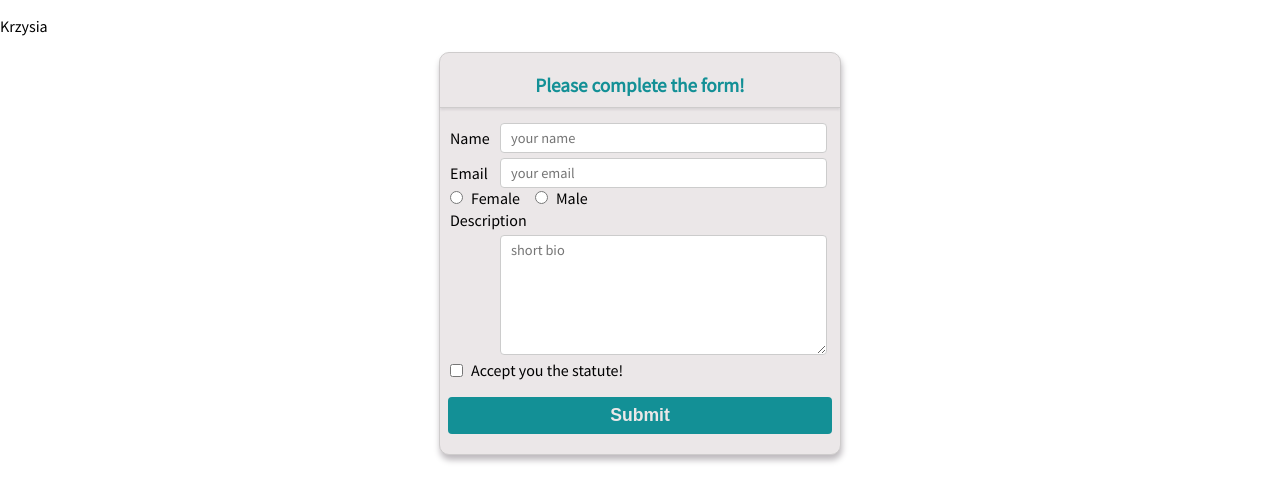
Repository: KrzysKolo/sr_tydzien4_zad2
Page: /
These files come from the project's save history. The page is drawn as it stood at one moment and after the next save; the edit follows.
The browser window is 1280 px wide. The pictures show the whole page.
The project was rebuilt for these pictures with package versions that can differ from the ones it lists, and the page was loaded fresh each time. Also part of the build but not shown: src/components/formComponents/ErrorMessage.js, src/components/formComponents/Message.js.

Above is the page before, as saved 2020-11-27 23:40:16.

### src/index.css
@import url("https://fonts.googleapis.com/css?family=Source+Sans+Pro");
body {
  margin: 0;
  font-family: "Source Sans Pro", sans-serif;
}

code {
  font-family: source-code-pro, Menlo, Monaco, Consolas, "Courier New",
    monospace;
}

### src/App.js
import React from 'react'
import Form from './components/Form';

function App() {
  return (
    <div>
      <p>Krzysia</p>
      <Form />
    </div>
  )
}

export default App

### src/components/Form.js
import React, { Component } from 'react';
import Input from './formComponents/Input';
import TextArea from './formComponents/TextArea';
import Checkbox from './formComponents/Checkbox';
import Radio from './formComponents/Radio';
import Button from './formComponents/Button';
import Header from './formComponents/Header';
import Message from './formComponents/Message';
import radioOptions from './data/RadioOptions';
import styled from 'styled-components';

const ContainerForm = styled.form`
width: 80%;
max-width: 400px;
background: rgb(235, 231, 232);
border: 1px solid rgb(206, 204, 204);
border-radius: 10px;
box-shadow: 1px 5px 6px rgb(189, 185, 189);
margin: 0 auto;
`;

class Form extends Component {

state = {
    Name: '',
    Email: '',
    Description: '',
    accept: false,
    gender: '',
    message: '',
    errors: {
        Name: false,
        Email: false,
        Description: false,
        accept: false,
        gender: false,
        }
}
message = {
    Name_incorrect: "Nazwa musi być dłuższa niż 5 znaków i nie może zawierać spacji",
    Email_incorrect: "Brak @ lub adres zawiera spacje",
    Description_incorrect: "Opis musi zawierać co min 3 znaki i max 150 znaków",
    accept_incorrect: "Nie potwierdziłeś regulaminu",
    gender_incorrect: "Określ płeć",
}

handleChange = e =>{
    const inputName = e.target.name;
    const value = e.target.value;
    this.setState(prev => ({...prev, [inputName]: value}))
}
onSubmit = e => {
    e.preventDefault();
    const validation = this.formValidation();
    if(validation.correct) {
      this.setState({
        Name: "",
        Email: "",
        Description: '',
        accept: false,
        gender: '',
        message: "The form has been submitted!",
        errors: {
          Name: false,
          Email: false,
          Description: false,
          accept: false,
          gender: false,
        }
      })
    } else {
      this.setState({
        errors: {
          Name: !validation.Name,
          Email: !validation.Email,
          Description: !validation.Description,
          accept: !validation.accept,
          gender: !validation.gender,
        }
      })
    }
}

formValidation = () => {
    let Name = false;
    let Email = false;
    let Description = false;
    let accept = false;
    let gender = false;
    let correct = false;
    if(this.state.Name.length > 5) {
      Name = true;
    }
    if(this.state.Email.indexOf('@') !== -1 && this.state.Email.lastIndexOf(' ') === -1) {
      Email = true;
    }
    if(this.state.Description.length >= 3 && this.state.Description.length <= 150) {
      Description = true;
    }
    if(this.state.accept) {
      accept = true;
    }
    if(this.state.gender) {
      gender = true;
    }
    if (Name && Email && Description && accept && gender){
        correct = true;
      }
   return ({
      Name,
      Email,
      Description,
      accept,
      gender,
      correct,

    })

  }

    render () {

    return (
        <ContainerForm onSubmit={this.onSubmit} noValidate>
          <Header />
          <Input type="text" placeholder="your name" value={this.state.Name} name="Name" onChange={this.handleChange} errorInfo={this.state.errors.Name} message={this.message.Name_incorrect} />
          <Input type="email" placeholder="your email" value={this.state.Email} name="Email" onChange={this.handleChange} errorInfo={this.state.errors.Email} message={this.message.Email_incorrect} />
          <Radio type="radio" name="gender" checked={this.state.gender}  options={radioOptions} onChange={this.handleChange} errorInfo={this.state.errors.gender} message={this.message.gender_incorrect}/>
          <TextArea  rows="6" placeholder="short bio" value={this.state.Description} name="Description" onChange={this.handleChange} errorInfo={this.state.errors.Description} message={this.message.Description_incorrect} />
          <Checkbox  type="checkbox" name="accept" checked={this.state.accept}  onChange={this.handleChange} errorInfo={this.state.errors.accept} message={this.message.accept_incorrect} />
          <Button type="submit" />
          {this.state.message && <Message message={this.state.message} /> }
        </ContainerForm>
    )
    }
}

export default Form

### src/components/formComponents/Input.js
import React from 'react'
import styled from 'styled-components';
import ErrorMessage from './ErrorMessage';
const InputDiv = styled.div`
    display: flex;
    flex-direction: row;
    align-content: center;
    margin: 0 auto;
    padding-top: 5px;
`;
const InputLabel = styled.label`
    width: 10%;
    font-size: 1rem;
    padding: 5px 10px;
`;
const inputStyles = errorInfo => `
    width: 80%;
    max-width: 305px;
    padding: 5px 10px;
    border: 1px solid ${errorInfo ? '#d3170d' : '#ccc'};
    border-radius: 4px;
    font-family: inherit;
    font-size: 0.9rem;
`;
const InputError = styled.input`
    ${props => inputStyles(props.errorInfo)}
`;

const TextArea = (props) => {
    const { name, message, errorInfo }= props;
    return (
        <>
            <InputDiv>
                <InputLabel htmlFor={name} >{name} </InputLabel>
                <InputError id={name} {...props} errorInfo={errorInfo} message={message}/>
            </InputDiv>
            {errorInfo && <ErrorMessage message={message} /> }
        </>
    )

}

export default TextArea;

### src/components/formComponents/TextArea.js
import React from 'react'
import styled from 'styled-components';
import ErrorMessage from './ErrorMessage';

const TextAreaDiv = styled.div`
    display: flex;
    flex-direction: column;
    align-content: center;
    margin: 0 auto;
    padding-top: 5px;

`;
const TextAreaLabel = styled.label`
    width: 10%;
    font-size: 1rem;
    padding: 5px 10px;
`;
const textAreaStyles = errorInfo => `
    width: 80%;
    max-width: 305px;
    margin: 0 auto 0 15%;
    padding: 5px 10px;
    border: 1px solid ${errorInfo ? '#d3170d' : '#ccc'};
    border-radius: 4px;
    font-family: inherit;
    font-size: 0.9rem;

`;
const TextAreaError = styled.textarea`
    ${props => textAreaStyles(props.errorInfo)}
`;

const Input = (props) => {
    const { name, message, errorInfo }= props;
    return (
        <>
            <TextAreaDiv>
                <TextAreaLabel htmlFor={name}>{name} </TextAreaLabel>
                <TextAreaError id={name} {...props} errorInfo={errorInfo} message={message}/>
            </TextAreaDiv>
            {errorInfo && <ErrorMessage message={message} /> }
        </>
    )

}

export default Input;

### src/components/formComponents/Checkbox.js
import React from 'react'
import styled from 'styled-components';
import ErrorMessage from './ErrorMessage';

const CheckboxDiv = styled.div`
    display: flex;
    flex-direction: row;
    align-items: center;
    margin-bottom: -8px;

`;
const CheckboxLabel = styled.label`
    font-size: 1rem;
    padding: 5px;
`;

const CheckboxError = styled.input`
    margin-left: 10px;
`;

const Checkbox = (props) => {
    const { name, message, errorInfo }= props;
    return (
        <>
            <CheckboxDiv>
                <CheckboxError id={name} {...props} errorInfo={errorInfo} message={message}/>
                <CheckboxLabel htmlFor={name}> Accept you the statute! </CheckboxLabel>
            </CheckboxDiv>
            {errorInfo && <ErrorMessage message={message} /> }
        </>
    )

}

export default Checkbox;

### src/components/formComponents/Radio.js
import React from 'react'
import styled from 'styled-components';
import ErrorMessage from './ErrorMessage';

const RadioDiv = styled.div`
    display: flex;
    flex-direction: row;
    align-items: center;
    margin-bottom: -8px;

`;
const RadioLabel = styled.label`
    font-size: 1rem;
    padding: 5px;
`;

const RadioError = styled.input`
    margin-left: 10px;
`;

const Checkbox = (props) => {
    const { name,  message, errorInfo, options }= props;
    return (
        <>
            <RadioDiv>
              {options.map(option =>  (<div key={option.id}>
                    <RadioError id={option.value} name={name} {...props} errorInfo={errorInfo} message={message} />
                    <RadioLabel htmlFor={option.value}>{option.label}</RadioLabel>
                </div>))}
             </RadioDiv>
            {errorInfo && <ErrorMessage message={message} /> }
        </>

    )

}

export default Checkbox;

### src/components/formComponents/Button.js
import React from 'react'
import styled from 'styled-components';

const BtnSubmit = styled.button`
    background: rgb(19, 144, 150);
    border: none;
    border-radius: 4px;
    color: rgb(235, 231, 232);
    cursor: pointer;
    display: block;
    font-size: 1.1rem;
    font-weight: 700;
    margin: 5% auto;
    outline: none;
    padding: 8px 0;
    transition: all 0.3s ease-in-out;
    width: 96%;
    &:hover {
        background: transparent;
        border: 1px solid rgba(19, 144, 150, 0.3);
        color: rgb(19, 144, 150);
    }

`;

const Button = () => {
    return (
        <BtnSubmit>Submit</BtnSubmit>
    )
}

export default Button;

### src/components/formComponents/Header.js
import React from 'react';
import styled from 'styled-components';

const HeaderTitle = styled.header`
    border-bottom: 1px solid rgb(206, 204, 204);
    box-shadow: 0 2px 2px rgba(189, 185, 189, 0.4);
    color: rgb(19, 144, 150);
    font-size: 1.2rem;
    font-weight: 900;
    padding: 10px;
    margin: 10px auto;
    text-align: center;

`;

const Header = () => {
    return (
        <HeaderTitle>
            Please complete the form!
        </HeaderTitle>
    )
}

export default Header;

### src/components/data/RadioOptions.js
const RadioOptions=[
    { id: 0, value: "female", label: 'Female' },
    { id: 1, value: "male", label: 'Male' },


];
export default RadioOptions;

Loaded but not shown: public/index.html (common file); src/index.js (common file)

After the next save:
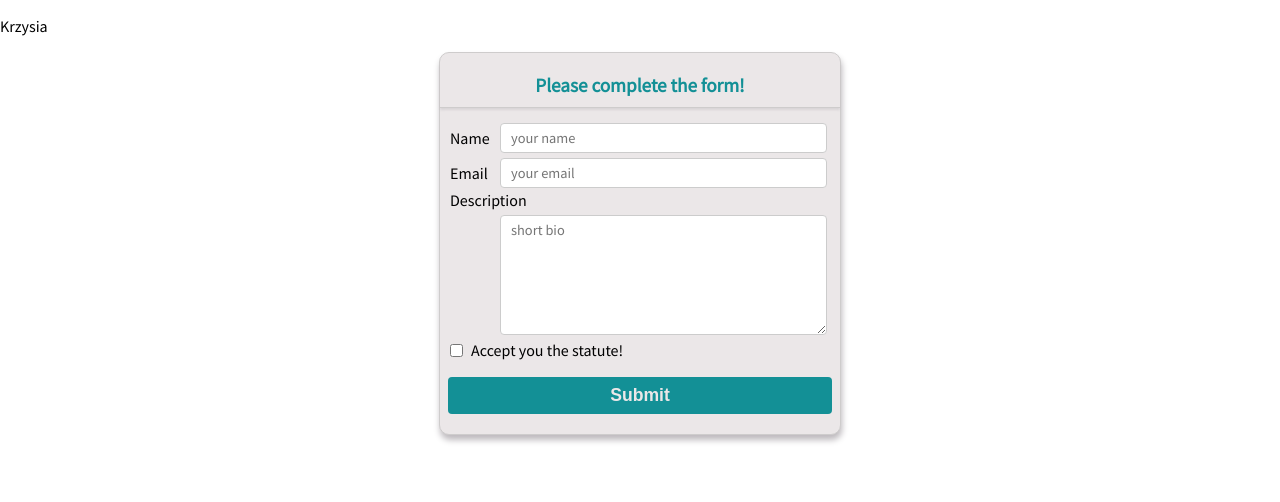
Saved 29 s later.
--- a/src/components/formComponents/Radio.js
+++ b/src/components/formComponents/Radio.js
@@ -23,10 +23,10 @@
     return (
         <>
             <RadioDiv>
-              {options.map(option =>  (<div key={option.id}>
+              {options.map(option =>  {(<div key={option.id}>
                     <RadioError id={option.value} name={name} {...props} errorInfo={errorInfo} message={message} />
                     <RadioLabel htmlFor={option.value}>{option.label}</RadioLabel>
-                </div>))}
+                </div>)})}
              </RadioDiv>
             {errorInfo && <ErrorMessage message={message} /> }
         </>

After the save that followed:
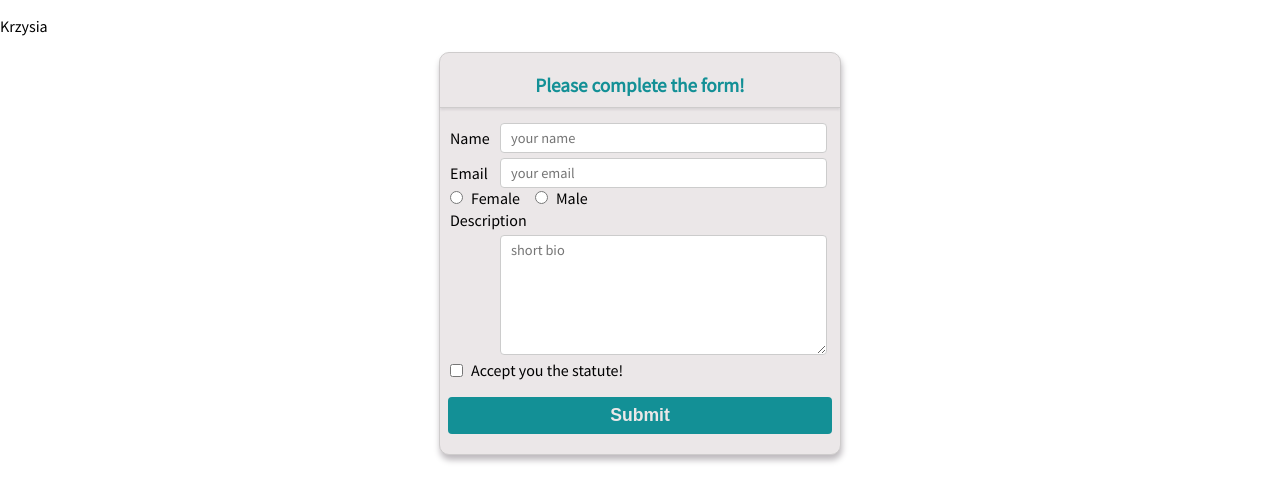
Saved 20 s later.
--- a/src/components/formComponents/Radio.js
+++ b/src/components/formComponents/Radio.js
@@ -23,10 +23,10 @@
     return (
         <>
             <RadioDiv>
-              {options.map(option =>  {(<div key={option.id}>
+              {options.map(option =>  (<div key={option.id}>
                     <RadioError id={option.value} name={name} {...props} errorInfo={errorInfo} message={message} />
                     <RadioLabel htmlFor={option.value}>{option.label}</RadioLabel>
-                </div>)})}
+                </div>))}
              </RadioDiv>
             {errorInfo && <ErrorMessage message={message} /> }
         </>
